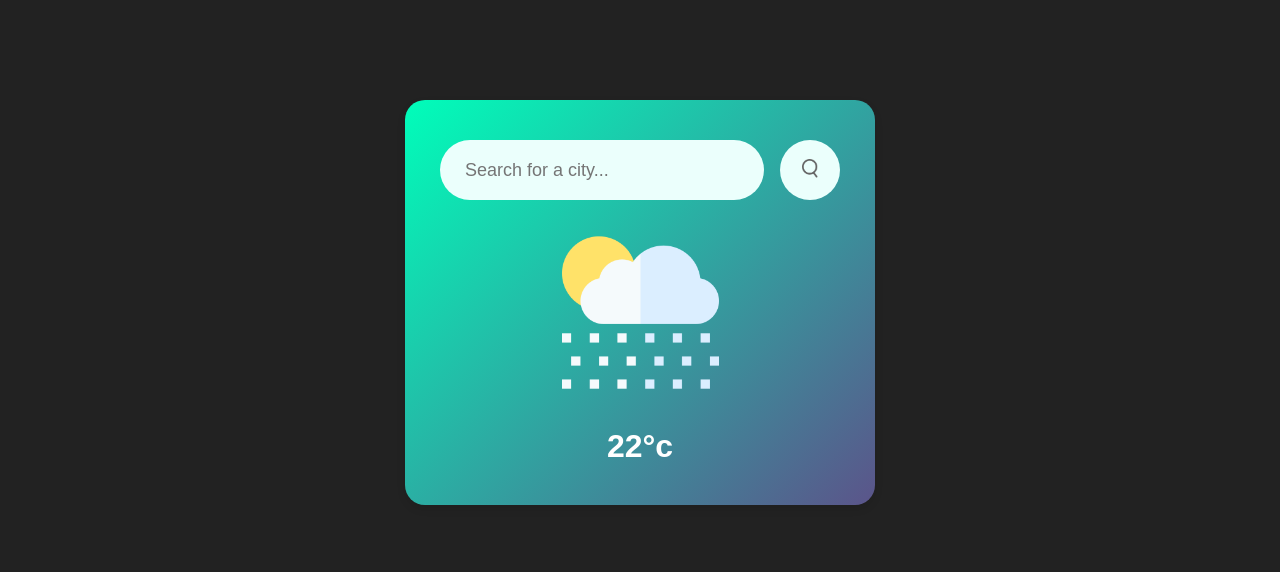
Repository: Abdelilah-Lakrim/Weather-App
Page: index.html
The author's editor kept a copy of each file at every save. The page is drawn from the files as they stood at one save, then again after a run of saves.
The browser window is 1280 px wide. The pictures show the whole page.

Above is the page before, as saved 2025-06-17 11:11:39.

After the next 2 saves:
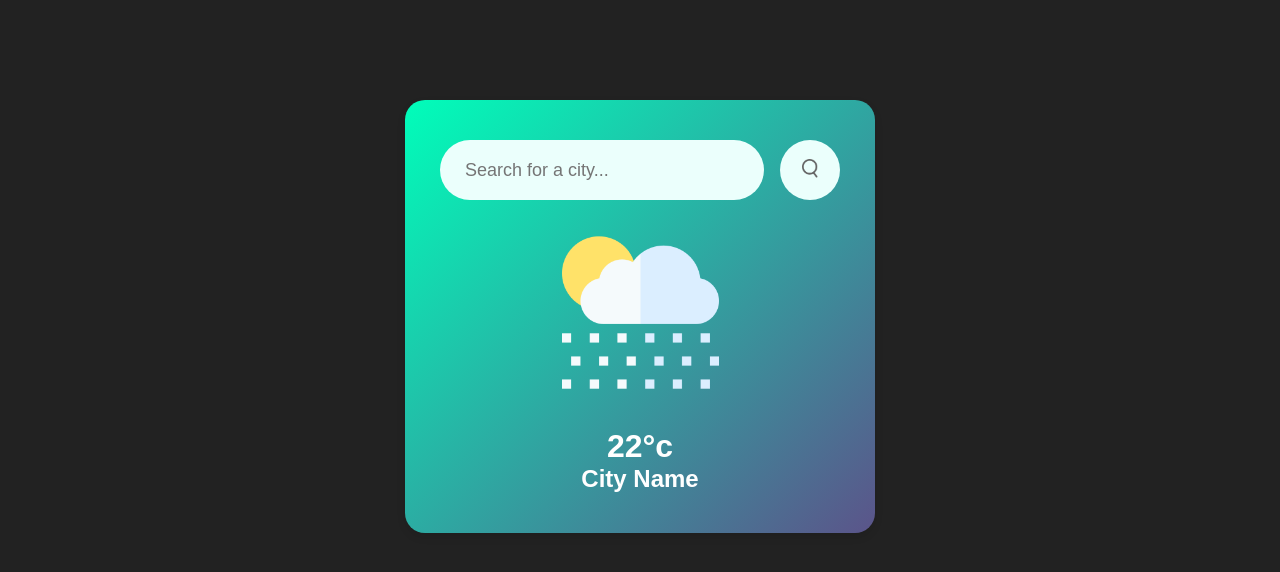
The 2 saves are shown as one change because they came seconds apart.
The last was saved 7 s later.
--- a/index.html
+++ b/index.html
@@ -15,6 +15,7 @@
         <div class="weather">
             <img src="images/rain.png" class="weather-icon">
             <h1 class="temp">22°c</h1>
+            <h2 class="city">City Name</h2>
         </div>
     </div>
 
